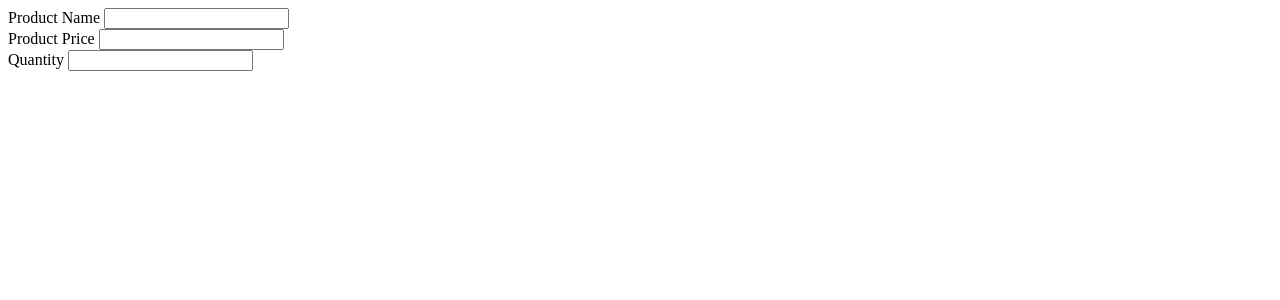
Repository: Shoumorup/ForGitDemo
Page: mywebapp/src/main/webapp/product.html
The author's editor kept a copy of each file at every save. The page is drawn from the files as they stood at one save, then again after a run of saves.
The browser window is 1280 px wide. The pictures show the whole page.

Above is the page before, as saved 2019-07-16 06:41:01.

### mywebapp/src/main/webapp/product.html
<!DOCTYPE html>
<html>
<head>
<meta charset="UTF-8">
<title>Enter Product Description</title>
</head>
<body>
	<form action="calculator" method="get">
	Product Name  <input name=product_name> <br>
	Product Price <input name=product_price> <br>
	Quantity      <input name=product_qoh> <br>
	</form>
</body>
</html>

After the next 2 saves:
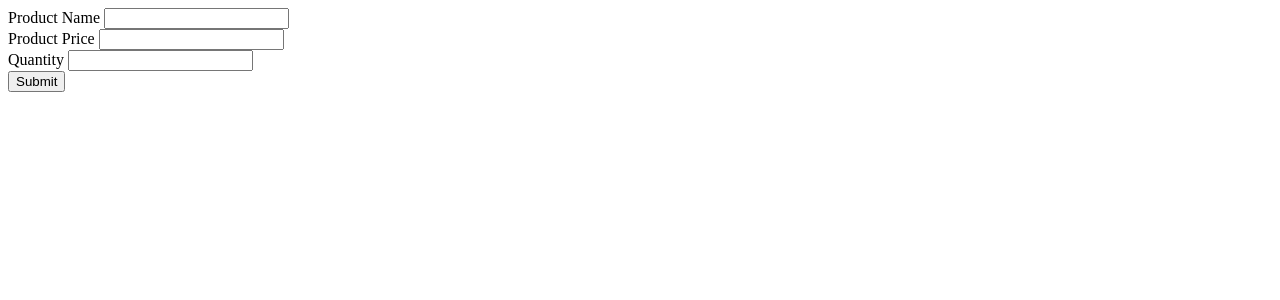
The 2 saves are shown as one change because they came seconds apart.
The last was saved 88 s later.
--- a/mywebapp/src/main/webapp/product.html
+++ b/mywebapp/src/main/webapp/product.html
@@ -9,6 +9,8 @@
 	Product Name  <input name=product_name> <br>
 	Product Price <input name=product_price> <br>
 	Quantity      <input name=product_qoh> <br>
+
+	<input name="submit" value="Submit" type=submit>
 	</form>
 </body>
 </html>
